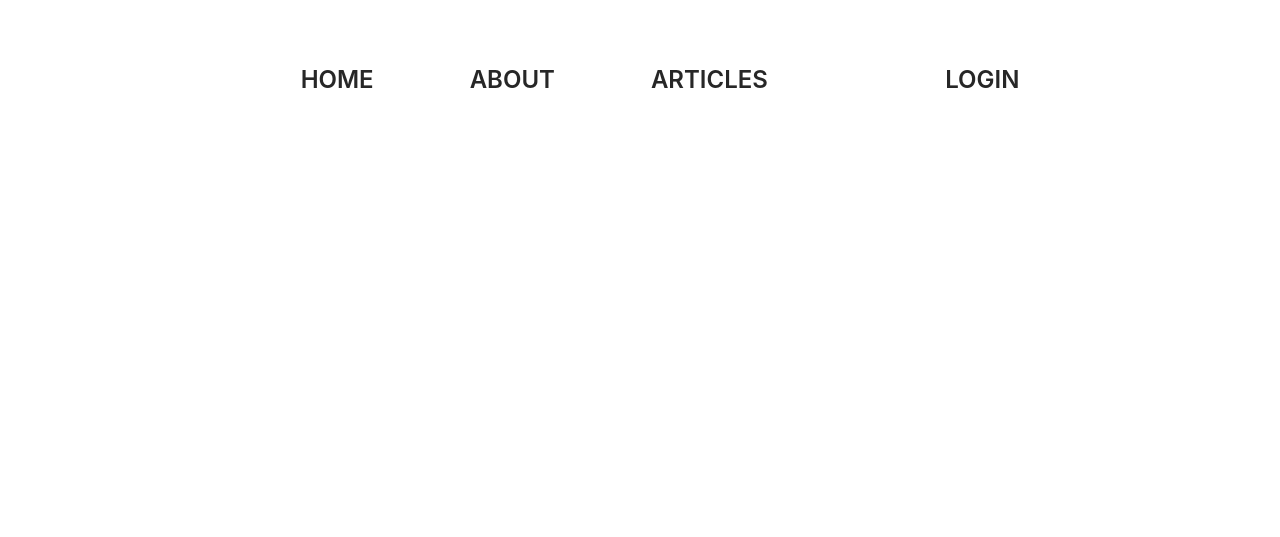
Repository: ValGrace/-static-site
Page: /home (app in client/)
An editor plug-in stored every save of this project. The page is shown before and after the next save, followed by the edit.
The browser window is 1280 px wide. The pictures show the whole page.
The project was rebuilt for these pictures with package versions that can differ from the ones it lists, and the page was loaded fresh each time. Also part of the build but not shown: client/vite.config.js, client/src/Utils/appwrite.js, client/src/Components/Inputs.css, client/src/Components/Login.jsx, client/src/Components/Signup.jsx.

Above is the page before, as saved 2023-02-05 11:28:29.

### client/src/main.jsx
import React from 'react'
import ReactDOM from 'react-dom/client'
import App from './App'
import './index.css'
import { BrowserRouter } from 'react-router-dom'
ReactDOM.createRoot(document.getElementById('root')).render(
  <React.StrictMode>
    <BrowserRouter>
    <App />
    </BrowserRouter>
  </React.StrictMode>,
)

### client/src/App.jsx
import PageRouter from './Routing/PageRouter'
import './App.css'

function App() {


  return (
    <div className="App">
      <PageRouter />
    </div>
  )
}

export default App

### client/src/index.css
:root {
  font-family: Inter, system-ui, Avenir, Helvetica, Arial, sans-serif;
  line-height: 1.5;
  font-weight: 400;

  color-scheme: light dark;
  color: rgba(7, 7, 7, 0.87);
  background-color: #ffffff;

  font-synthesis: none;
  text-rendering: optimizeLegibility;
  -webkit-font-smoothing: antialiased;
  -moz-osx-font-smoothing: grayscale;
  -webkit-text-size-adjust: 100%;
}

/* a {
  font-weight: 500;
  color: #646cff;
  text-decoration: inherit;
}
a:hover {
  color: #535bf2;
}

body {
  margin: 0;
  display: flex;
  place-items: center;
  min-width: 320px;
  min-height: 100vh;
}

h1 {
  font-size: 3.2em;
  line-height: 1.1;
}

button {
  border-radius: 8px;
  border: 1px solid transparent;
  padding: 0.6em 1.2em;
  font-size: 1em;
  font-weight: 500;
  font-family: inherit;
  background-color: #1a1a1a;
  cursor: pointer;
  transition: border-color 0.25s;
}
button:hover {
  border-color: #646cff;
}
button:focus,
button:focus-visible {
  outline: 4px auto -webkit-focus-ring-color;
}

@media (prefers-color-scheme: light) {
  :root {
    color: #213547;
    background-color: #ffffff;
  }
  a:hover {
    color: #747bff;
  }
  button {
    background-color: #f9f9f9;
  }
} */

### client/src/Routing/PageRouter.jsx
import Dashboard from "../Pages/Dashboard";
import HomePage from "../Pages/HomePage";
import { Routes, Route} from "react-router-dom"

const PageRouter = () => {
    return (
        <Routes>
            <Route path="/" element={<Dashboard />} />
            <Route path="/home" element={<HomePage />} />
        </Routes>
    )
}

export default PageRouter

### client/src/App.css
.App {
  display: flex;
  flex-direction: column;
  justify-content: center;
  align-items: center;
}

### client/src/Pages/Dashboard.jsx
import React, { useReducer} from 'react'
import Login from '../Components/Login'
import Signup from '../Components/Signup'
import "../Components/Inputs.css"
const initialState = {page : <Login />}
function reducer(state, action) {
    switch(action.type) {
        case 'loginpage':
          return { page: <Login />}
        case 'signuppage':
            return { page: <Signup />}
        default:
            return { page: <h2>Loading....</h2>}
    }
}
const Dashboard = () => {
    const [state, dispatch] = useReducer(reducer, initialState)
    return (
        <div className='dashboard'>
         <h2>Static Site Generator</h2>
         <div>Static site Image</div>
         <div className='dash' id='dash'>
            <div className='toggleForms'>
                <button onClick={() => dispatch({type: 'loginpage'})} className="type-btn">Login</button>
                <button onClick={() => dispatch({type: 'signuppage'})} className="type-btn">Signup</button>
                </div>
            <React.Fragment>{state.page}</React.Fragment>

            <button id="auth-btns">Login with Github account</button>
            <button id="auth-btns">Login with Google account</button>
         </div>
       </div>
    )
}

export default Dashboard

### client/src/Pages/HomePage.jsx
import Navbar from "../Components/Navbar"
const HomePage = () => {
    return (
        <>
         <Navbar />
        </>
    )
}

export default HomePage

### client/src/Components/Navbar.jsx
import "./Navbar.css"
const Navbar = () => {
    return (
        <nav>
            <ul>
                <li>home</li>
                <li>about</li>
                <li>articles</li>
            </ul>
            <ul>
                <li>Login</li>
            </ul>
        </nav>
    )
}

export default Navbar

### client/src/Components/Navbar.css
nav {
    width: 70vw;
    height: 20vh;
    display: flex;
}

nav > ul, .top-text {
  display: flex;
  flex-direction: row;
  text-transform: uppercase;
  list-style-type: none;
  justify-content: center;
  align-items: center;
  gap: 4em;
  font-weight: 600;
  font-size: 1.5rem;
  flex-grow: 1;
}

#top-text {
    flex-wrap: wrap;
}

#top-text > h2 {
    font-size: 2.5rem;
}

### client/src/Components/TopSection.jsx
const TopSection = () => {
    return (
      <>
      <div className="top-text" id="top-text">
      <h2>Modify this blog title</h2>
      <p>Lorem ipsum dolor sit amet, consectetur adipisicing elit. Impedit illo aspernatur dicta qui, repellat, placeat non consectetur pariatur repellendus reprehenderit voluptatum, molestias cumque facere quisquam.</p>
      </div>
      </>
    )
}

export default TopSection

Loaded but not shown: client/index.html (common file)

After the next save:
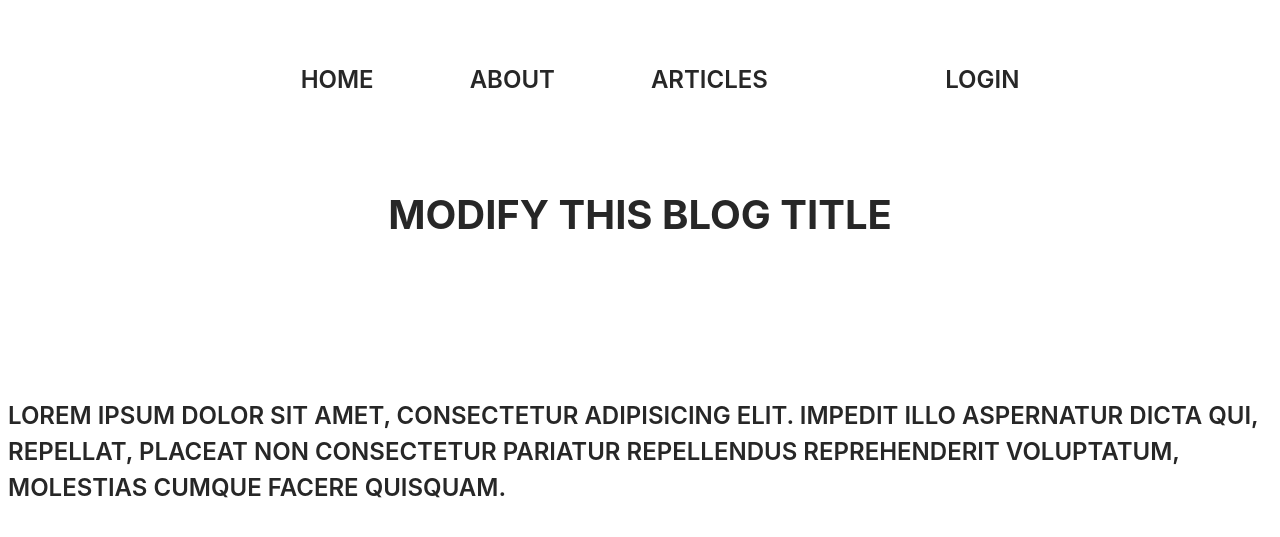
Saved 36 s later.
--- a/client/src/Pages/HomePage.jsx
+++ b/client/src/Pages/HomePage.jsx
@@ -1,8 +1,10 @@
 import Navbar from "../Components/Navbar"
+import TopSection from "../Components/TopSection"
 const HomePage = () => {
     return (
         <>
          <Navbar />
+         <TopSection />
         </>
     )
 }
